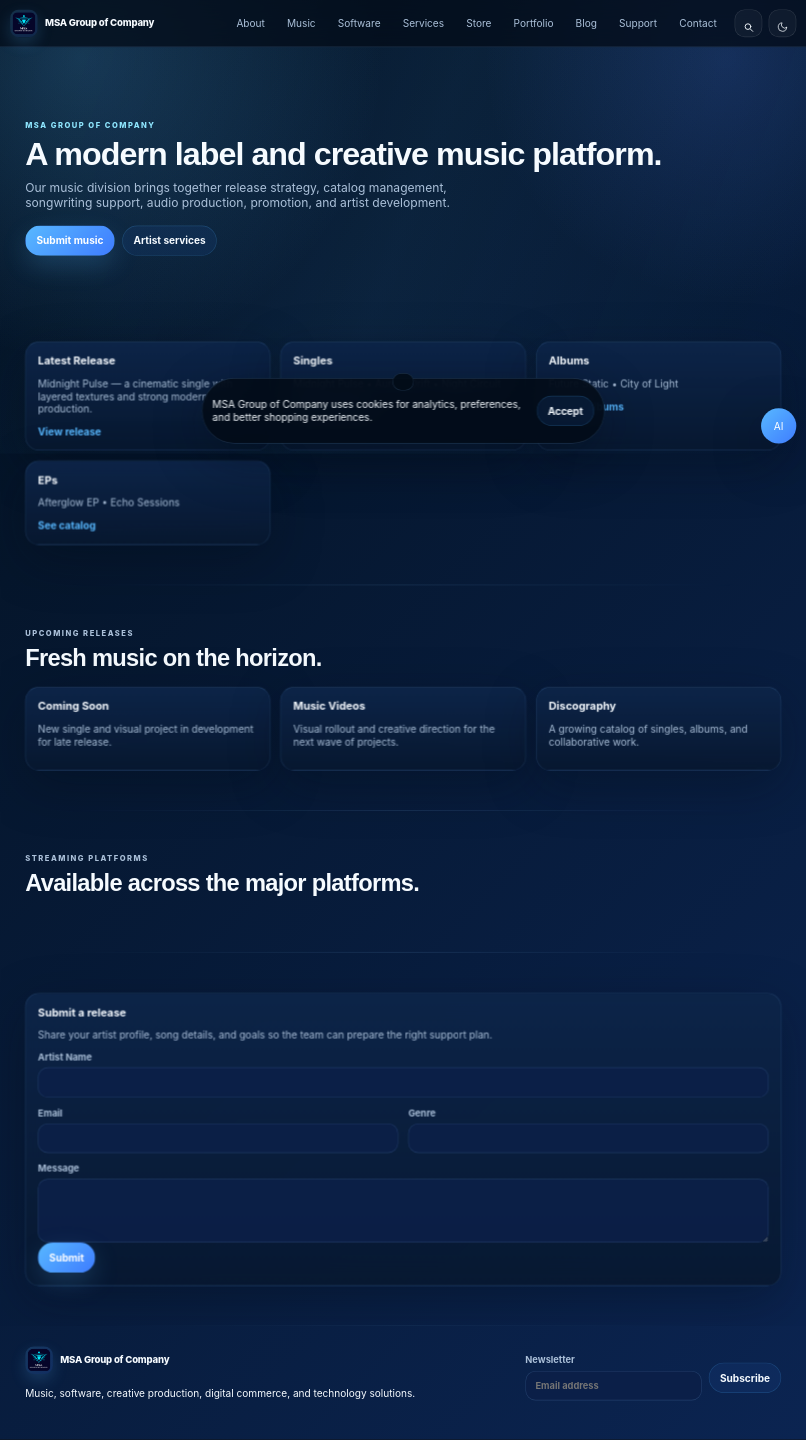
Repository: wifiasert/MSA-Group-of-Company
Page: music/index.html
The author's editor kept a copy of each file at every save. The page is drawn from the files as they stood at one save, then again after a run of saves.
The browser window is 1280 px wide. The pictures show the whole page, at 63% of full size.

Above is the page before, as saved 2026-07-18 04:04:19.

### music/index.html
<!doctype html>
<html lang="en">
<head>
  <meta charset="utf-8">
  <meta name="viewport" content="width=device-width, initial-scale=1">
  <title>MSA Group of Company | Music</title>
  <meta name="robots" content="index, follow">
  <meta name="keywords" content="software company, digital agency, AI solutions, web development, mobile app development, automation, branding, music production, Ghana software company, global software company">
  <link rel="canonical" href="https://msagroupofcompanies.online/music/">
  <link rel="shortlink" href="https://msagroupofcompanies.online/music/">
  <meta property="og:locale" content="en_US">
  <meta property="og:site_name" content="MSA Group of Company">
  <meta property="og:type" content="website">
  <meta property="og:title" content="MSA Group of Company | Music">
  <meta property="og:description" content="Discover MSA Group of Company music services covering label operations, distribution, publishing, and artist support.">
  <meta property="og:url" content="https://msagroupofcompanies.online/music/">
  <meta property="og:image" content="https://msagroupofcompanies.online/assets/og-preview.svg">
  <meta property="og:image:alt" content="MSA Group of Company digital services and creative technology">
  <meta name="twitter:card" content="summary_large_image">
  <meta name="twitter:title" content="MSA Group of Company | Music">
  <meta name="twitter:description" content="Discover MSA Group of Company music services covering label operations, distribution, publishing, and artist support.">
  <meta name="twitter:image" content="https://msagroupofcompanies.online/assets/og-preview.svg">
  <meta name="author" content="MSA Group of Company">
  <meta name="publisher" content="MSA Group of Company">
  <link rel="apple-touch-icon" href="https://msagroupofcompanies.online/assets/favicon.svg">
  <link rel="manifest" href="../manifest.webmanifest">

  <meta name="description" content="Discover MSA Group of Company music services covering label operations, distribution, publishing, and artist support.">
  <meta name="theme-color" content="#060816">
  <link rel="icon" href="../assets/favicon.svg" type="image/svg+xml">
  <link rel="stylesheet" href="../styles.css">
  <script type="application/ld+json">
{
  "@context": "https://schema.org",
  "@graph": [
    {
      "@type": [
        "Organization",
        "ProfessionalService",
        "LocalBusiness"
      ],
      "@id": "https://msagroupofcompanies.online/#organization",
      "name": "MSA Group of Company",
      "url": "https://msagroupofcompanies.online/",
      "logo": "https://msagroupofcompanies.online/assets/favicon.svg",
      "sameAs": [
        "https://www.linkedin.com/",
        "https://www.instagram.com/",
        "https://www.youtube.com/",
        "https://www.tiktok.com/",
        "https://twitter.com/"
      ],
      "description": "MSA Group of Company delivers music, software, creative production, branding, and technology solutions for artists, startups, and businesses worldwide.",
      "contactPoint": [
        {
          "@type": "ContactPoint",
          "contactType": "customer support",
          "email": "hello@msa.company",
          "areaServed": [
            "GH",
            "US",
            "GB",
            "CA"
          ],
          "availableLanguage": [
            "English"
          ]
        }
      ],
      "address": {
        "@type": "PostalAddress",
        "addressCountry": "GH",
        "addressLocality": "Accra",
        "addressRegion": "Greater Accra"
      }
    },
    {
      "@type": "WebSite",
      "@id": "https://msagroupofcompanies.online/#website",
      "url": "https://msagroupofcompanies.online/",
      "name": "MSA Group of Company",
      "publisher": {
        "@id": "https://msagroupofcompanies.online/#organization"
      }
    },
    {
      "@type": "WebPage",
      "@id": "https://msagroupofcompanies.online/music/#webpage",
      "url": "https://msagroupofcompanies.online/music/",
      "name": "MSA Group of Company | Music",
      "description": "Discover MSA Group of Company music services covering label operations, distribution, publishing, and artist support.",
      "inLanguage": "en",
      "isPartOf": {
        "@id": "https://msagroupofcompanies.online/#website"
      },
      "breadcrumb": {
        "@id": "https://msagroupofcompanies.online/music/#breadcrumb"
      }
    },
    {
      "@type": "BreadcrumbList",
      "@id": "https://msagroupofcompanies.online/music/#breadcrumb",
      "itemListElement": [
        {
          "@type": "ListItem",
          "position": 1,
          "name": "Home",
          "item": "https://msagroupofcompanies.online/"
        },
        {
          "@type": "ListItem",
          "position": 2,
          "name": "Music",
          "item": "https://msagroupofcompanies.online/music"
        }
      ]
    },
    {
      "@type": "OfferCatalog",
      "name": "MSA Group of Company services",
      "itemListElement": [
        {
          "@type": "OfferCatalog",
          "name": "Website Development",
          "itemListElement": [
            {
              "@type": "Offer",
              "itemOffered": {
                "@type": "Service",
                "name": "Website Development"
              }
            }
          ]
        },
        {
          "@type": "OfferCatalog",
          "name": "Brand Identity",
          "itemListElement": [
            {
              "@type": "Offer",
              "itemOffered": {
                "@type": "Service",
                "name": "Brand Identity"
              }
            }
          ]
        },
        {
          "@type": "OfferCatalog",
          "name": "Music Production",
          "itemListElement": [
            {
              "@type": "Offer",
              "itemOffered": {
                "@type": "Service",
                "name": "Music Production"
              }
            }
          ]
        },
        {
          "@type": "OfferCatalog",
          "name": "Software Development",
          "itemListElement": [
            {
              "@type": "Offer",
              "itemOffered": {
                "@type": "Service",
                "name": "Software Development"
              }
            }
          ]
        },
        {
          "@type": "OfferCatalog",
          "name": "Digital Marketing",
          "itemListElement": [
            {
              "@type": "Offer",
              "itemOffered": {
                "@type": "Service",
                "name": "Digital Marketing"
              }
            }
          ]
        },
        {
          "@type": "OfferCatalog",
          "name": "Technology Solutions",
          "itemListElement": [
            {
              "@type": "Offer",
              "itemOffered": {
                "@type": "Service",
                "name": "Technology Solutions"
              }
            }
          ]
        },
        {
          "@type": "OfferCatalog",
          "name": "Music Distribution",
          "itemListElement": [
            {
              "@type": "Offer",
              "itemOffered": {
                "@type": "Service",
                "name": "Music Distribution"
              }
            }
          ]
        },
        {
          "@type": "OfferCatalog",
          "name": "Publishing Services",
          "itemListElement": [
            {
              "@type": "Offer",
              "itemOffered": {
                "@type": "Service",
                "name": "Publishing Services"
              }
            }
          ]
        },
        {
          "@type": "OfferCatalog",
          "name": "Artist Services",
          "itemListElement": [
            {
              "@type": "Offer",
              "itemOffered": {
                "@type": "Service",
                "name": "Artist Services"
              }
            }
          ]
        },
        {
          "@type": "OfferCatalog",
          "name": "Record Label Services",
          "itemListElement": [
            {
              "@type": "Offer",
              "itemOffered": {
                "@type": "Service",
                "name": "Record Label Services"
              }
            }
          ]
        },

        {
          "@type": "OfferCatalog",
          "name": "App Development",
          "itemListElement": [
            {
              "@type": "Offer",
              "itemOffered": {
                "@type": "Service",
                "name": "App Development"
              }
            }
          ]
        },
        {
          "@type": "OfferCatalog",
          "name": "Business Automation",
          "itemListElement": [
            {
              "@type": "Offer",
              "itemOffered": {
                "@type": "Service",
                "name": "Business Automation"
              }
            }
          ]
        }
      ]
    }
  ]
}
  </script>
</head>
<body>
  <div class="loader" id="loader"><span>MSA</span></div>
  <a class="skip-link" href="#main">Skip to content</a>
  <header class="site-header">
    <nav class="nav-shell" aria-label="Primary navigation">
      <a class="brand" href="../" aria-label="MSA Group of Company home"><img class="brand-logo" src="../images/logo%20n%20copy.jpg" alt="MSA Group of Company logo"><span class="brand-text">MSA Group of Company</span></a>
      <button class="icon-button nav-toggle" type="button" aria-label="Open navigation" aria-expanded="false">☰</button>
      <div class="nav-links" id="navLinks">
        <div class="nav-item"><a href="../about/">About</a></div>
        <div class="nav-item"><a href="../music/">Music</a><div class="submenu"><a href="../music/record-label/">Record Label</a><a href="../music/distribution/">Distribution</a><a href="../music/publishing/">Publishing</a><a href="../music/artist-services/">Artist Services</a></div></div>
        <div class="nav-item"><a href="../software/">Software</a><div class="submenu"><a href="../software/available/">Available</a><a href="../software/coming-soon/">Coming Soon</a></div></div>
        <div class="nav-item"><a href="../services/">Services</a></div>
        <div class="nav-item"><a href="../store/">Store</a></div>
        <div class="nav-item"><a href="../portfolio/">Portfolio</a></div>
        <div class="nav-item"><a href="../blog/">Blog</a></div>
        <div class="nav-item"><a href="../support/">Support</a></div>
        <div class="nav-item"><a href="../contact/">Contact</a></div>
      </div>
      <div class="nav-actions"><button class="icon-button" id="searchOpen" type="button" aria-label="Open search">⌕</button><button class="icon-button" id="themeToggle" type="button" aria-label="Toggle theme">◐</button></div>
    </nav>
  </header>
  <main id="main">
    <section class="page-hero reveal">
      <div class="hero-content">
        <p class="eyebrow">MSA Group of Company</p>
        <h1>A modern label and creative music platform.</h1>
        <p class="hero-copy">Our music division brings together release strategy, catalog management, songwriting support, audio production, promotion, and artist development.</p>
        <div class="hero-actions"><a class="primary-button" href="../contact/">Submit music</a><a class="secondary-button" href="../music/artist-services/">Artist services</a></div>
      </div>
    </section>
    <section class="section reveal">
      <div class="card-grid">
        <article class="glass-card"><h3>Latest Release</h3><p>Midnight Pulse — a cinematic single with layered textures and strong modern production.</p><a class="inline-link" href="../music/record-label/">View release</a></article>
        <article class="glass-card"><h3>Singles</h3><p>Midnight Pulse • Aurora Drift • Night Circuit</p><a class="inline-link" href="../music/distribution/">Explore singles</a></article>
        <article class="glass-card"><h3>Albums</h3><p>Future Static • City of Light</p><a class="inline-link" href="../music/publishing/">Browse albums</a></article>
        <article class="glass-card"><h3>EPs</h3><p>Afterglow EP • Echo Sessions</p><a class="inline-link" href="../music/artist-services/">See catalog</a></article>
      </div>
    </section>
    <section class="section reveal">
      <div class="section-heading"><p class="eyebrow">Upcoming releases</p><h2>Fresh music on the horizon.</h2></div>
      <div class="card-grid">
        <article class="glass-card"><h3>Coming Soon</h3><p>New single and visual project in development for late release.</p></article>
        <article class="glass-card"><h3>Music Videos</h3><p>Visual rollout and creative direction for the next wave of projects.</p></article>
        <article class="glass-card"><h3>Discography</h3><p>A growing catalog of singles, albums, and collaborative work.</p></article>
      </div>
    </section>
    <section class="section reveal">
      <div class="section-heading"><p class="eyebrow">Streaming platforms</p><h2>Available across the major platforms.</h2></div>
    </section>
    <section class="section reveal"><div class="form-card"><h3>Submit a release</h3><p>Share your artist profile, song details, and goals so the team can prepare the right support plan.</p><form data-form="music"><div class="form-grid"><label class="full">Artist Name<input required name="artist"></label><label>Email<input required type="email" name="email"></label><label>Genre<input name="genre"></label><label class="full">Message<textarea rows="4" name="message"></textarea></label></div><button class="primary-button" type="submit">Submit</button></form></div></section>
  </main>
  <footer class="site-footer"><div><a class="brand" href="../" aria-label="MSA Group of Company home"><img class="brand-logo" src="../images/logo%20n%20copy.jpg" alt="MSA Group of Company logo"><span class="brand-text">MSA Group of Company</span></a><p>Music, software, creative production, digital commerce, and technology solutions.</p></div><form class="newsletter" data-form="newsletter"><label>Newsletter<input required type="email" placeholder="Email address"></label><button class="secondary-button" type="submit">Subscribe</button></form></footer>
  <dialog class="modal" id="searchModal"><button class="icon-button close-modal" data-close type="button">×</button><h2>Search MSA Group of Company</h2><input id="siteSearch" placeholder="Search services, products, support, blog..."><div id="searchResults" class="search-results"></div></dialog>
  <div class="chatbot" id="chatbot"><button class="chat-toggle" id="chatToggle" type="button">AI</button><div class="chat-window" aria-live="polite"><strong>MSA AI Support</strong><div id="chatLog"><p>Ask about software, music submissions, orders, or services.</p></div><form id="chatForm"><input id="chatInput" placeholder="Type a question..."><button type="submit">Send</button></form></div></div>
  <div class="cookie" id="cookieBanner"><p>MSA Group of Company uses cookies for analytics, preferences, and better shopping experiences.</p><button class="secondary-button" id="cookieAccept" type="button">Accept</button></div>
  <div class="toast" id="toast" role="status" aria-live="polite"></div>
  <script src="../app.js"></script>
</body>
</html>

Loaded but not shown: app.js (337 lines, source omitted); styles.css (433 lines, source omitted)

After the next 3 saves:
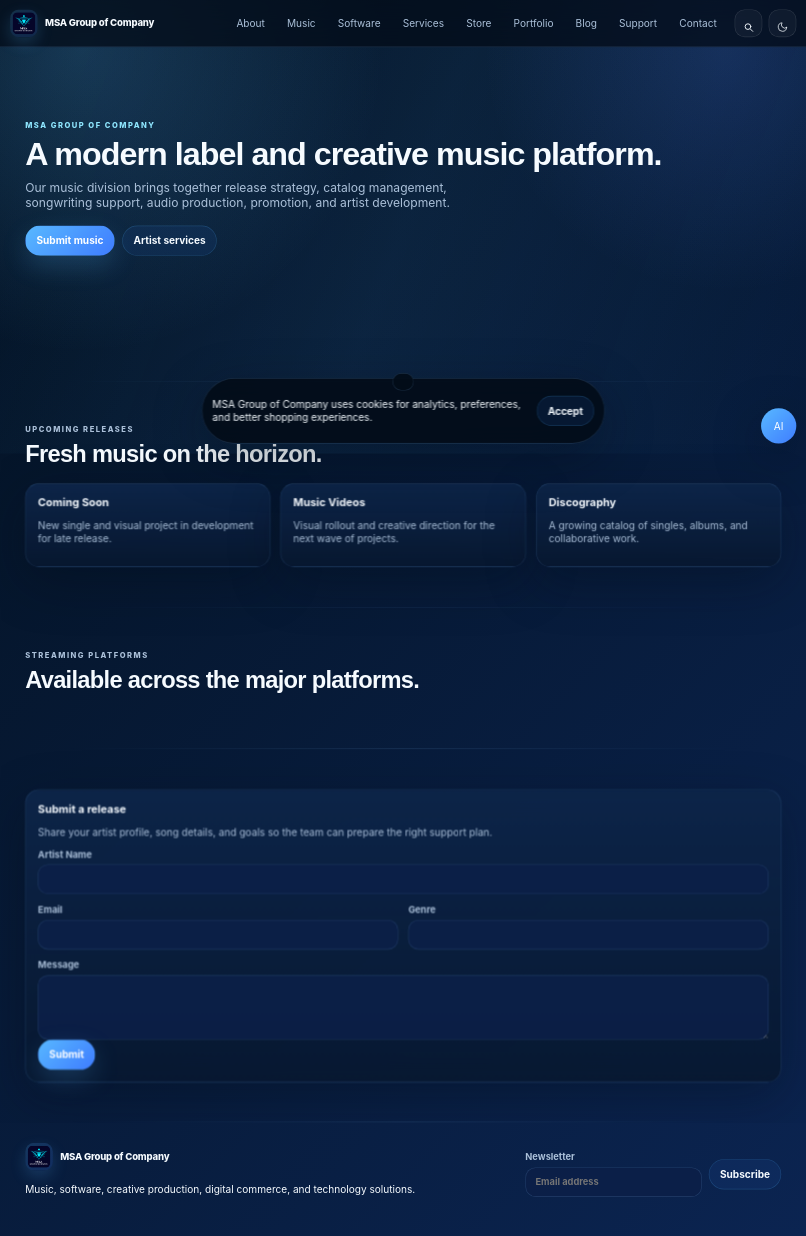
The 3 saves are shown as one change because they came seconds apart.
The last was saved 52 s later.
--- a/music/index.html
+++ b/music/index.html
@@ -313,12 +313,6 @@
       </div>
     </section>
     <section class="section reveal">
-      <div class="card-grid">
-        <article class="glass-card"><h3>Latest Release</h3><p>Midnight Pulse — a cinematic single with layered textures and strong modern production.</p><a class="inline-link" href="../music/record-label/">View release</a></article>
-        <article class="glass-card"><h3>Singles</h3><p>Midnight Pulse • Aurora Drift • Night Circuit</p><a class="inline-link" href="../music/distribution/">Explore singles</a></article>
-        <article class="glass-card"><h3>Albums</h3><p>Future Static • City of Light</p><a class="inline-link" href="../music/publishing/">Browse albums</a></article>
-        <article class="glass-card"><h3>EPs</h3><p>Afterglow EP • Echo Sessions</p><a class="inline-link" href="../music/artist-services/">See catalog</a></article>
-      </div>
     </section>
     <section class="section reveal">
       <div class="section-heading"><p class="eyebrow">Upcoming releases</p><h2>Fresh music on the horizon.</h2></div>

After the 4 saves that followed:
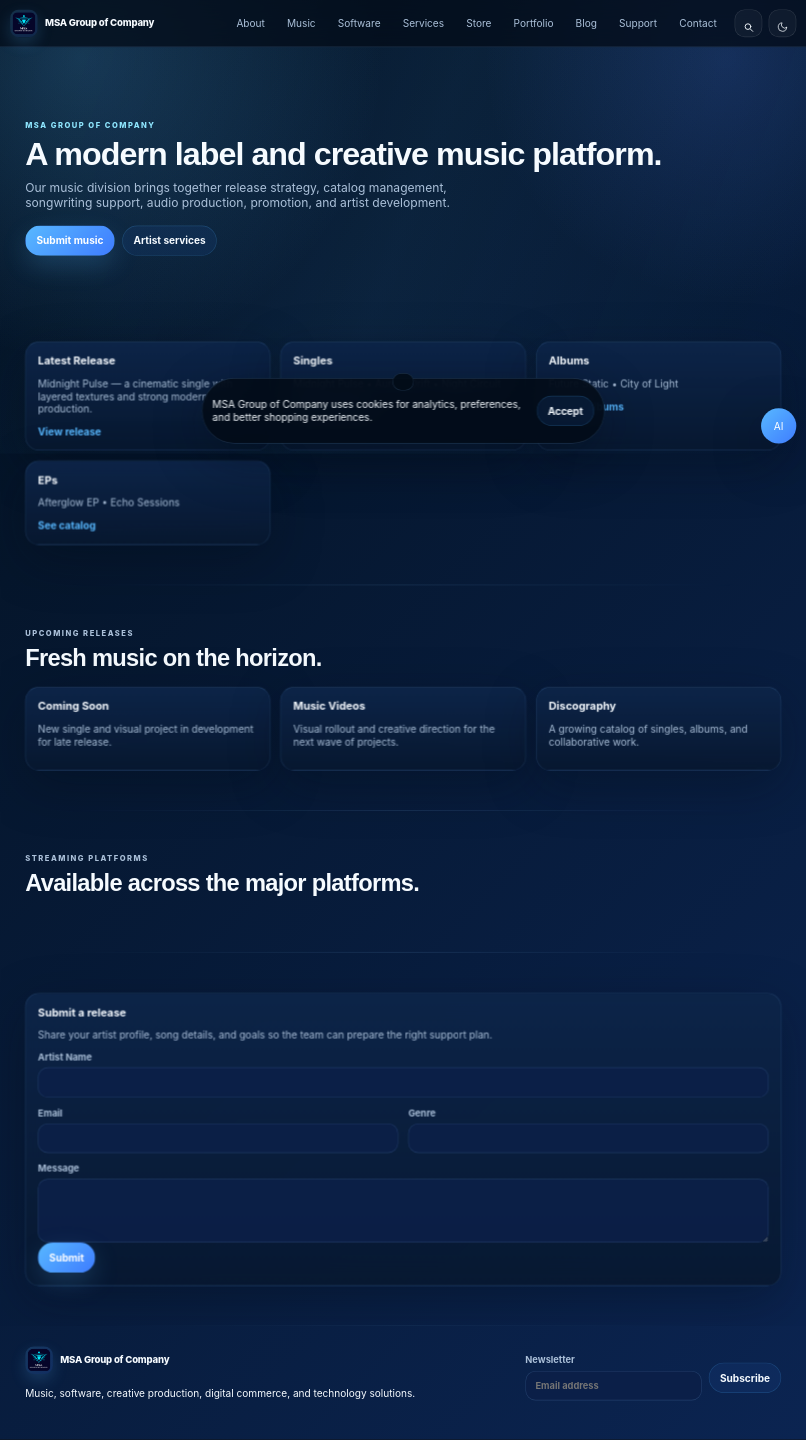
The 4 saves are shown as one change because they came seconds apart.
The last was saved 29 s later.
--- a/music/index.html
+++ b/music/index.html
@@ -313,6 +313,12 @@
       </div>
     </section>
     <section class="section reveal">
+      <div class="card-grid">
+        <article class="glass-card"><h3>Latest Release</h3><p>Midnight Pulse — a cinematic single with layered textures and strong modern production.</p><a class="inline-link" href="../music/record-label/">View release</a></article>
+        <article class="glass-card"><h3>Singles</h3><p>Midnight Pulse • Aurora Drift • Night Circuit</p><a class="inline-link" href="../music/distribution/">Explore singles</a></article>
+        <article class="glass-card"><h3>Albums</h3><p>Future Static • City of Light</p><a class="inline-link" href="../music/publishing/">Browse albums</a></article>
+        <article class="glass-card"><h3>EPs</h3><p>Afterglow EP • Echo Sessions</p><a class="inline-link" href="../music/artist-services/">See catalog</a></article>
+      </div>
     </section>
     <section class="section reveal">
       <div class="section-heading"><p class="eyebrow">Upcoming releases</p><h2>Fresh music on the horizon.</h2></div>
